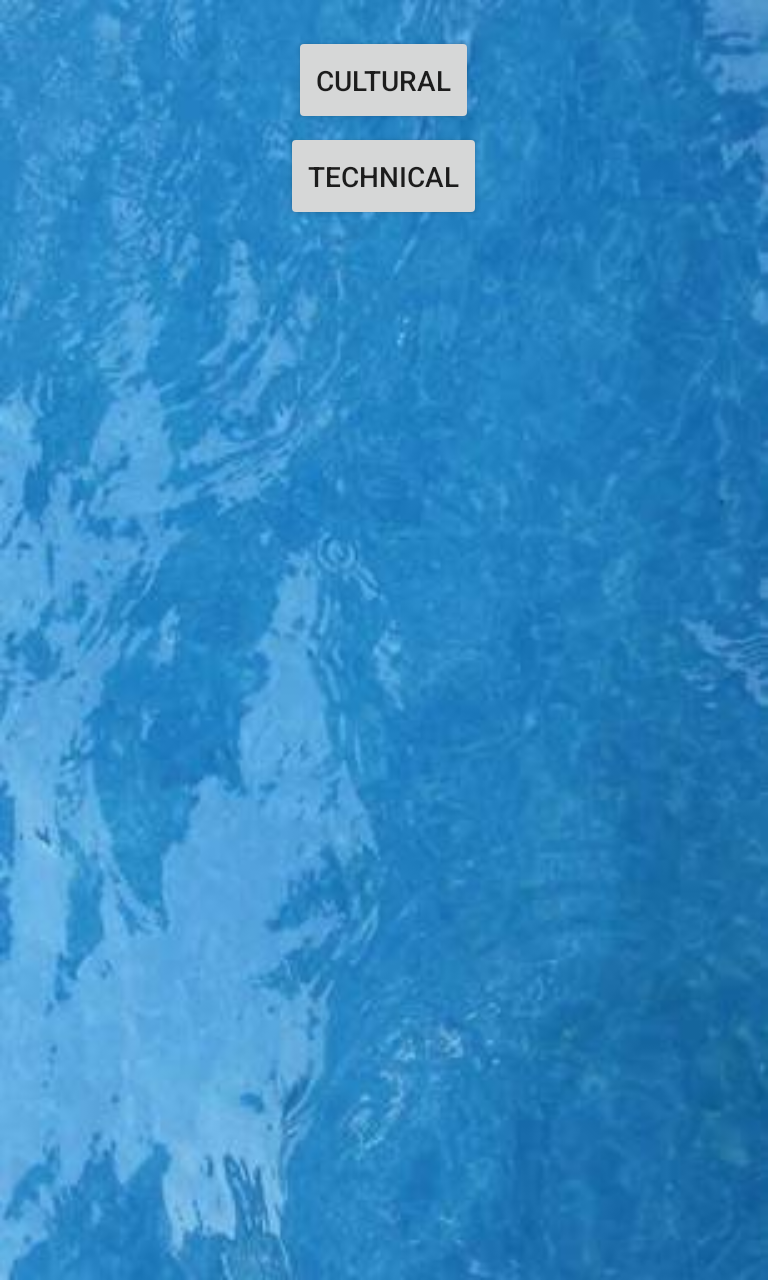
Repository: Attaphon1996/Engineering-Stuff
Layout: OSource/Android Play/Android_Projects/YASH15.0/res/layout/day6.xml
The author's editor kept a copy of each file at every save. The layout is drawn from the files as they stood at one save, then again after the next save.
It is drawn on a 768 x 1280 px phone screen (xhdpi) without system bars, with theme AppTheme; the app's code is not run.

Above is the layout before, as saved 2015-02-10 08:52:29.

After the next save:
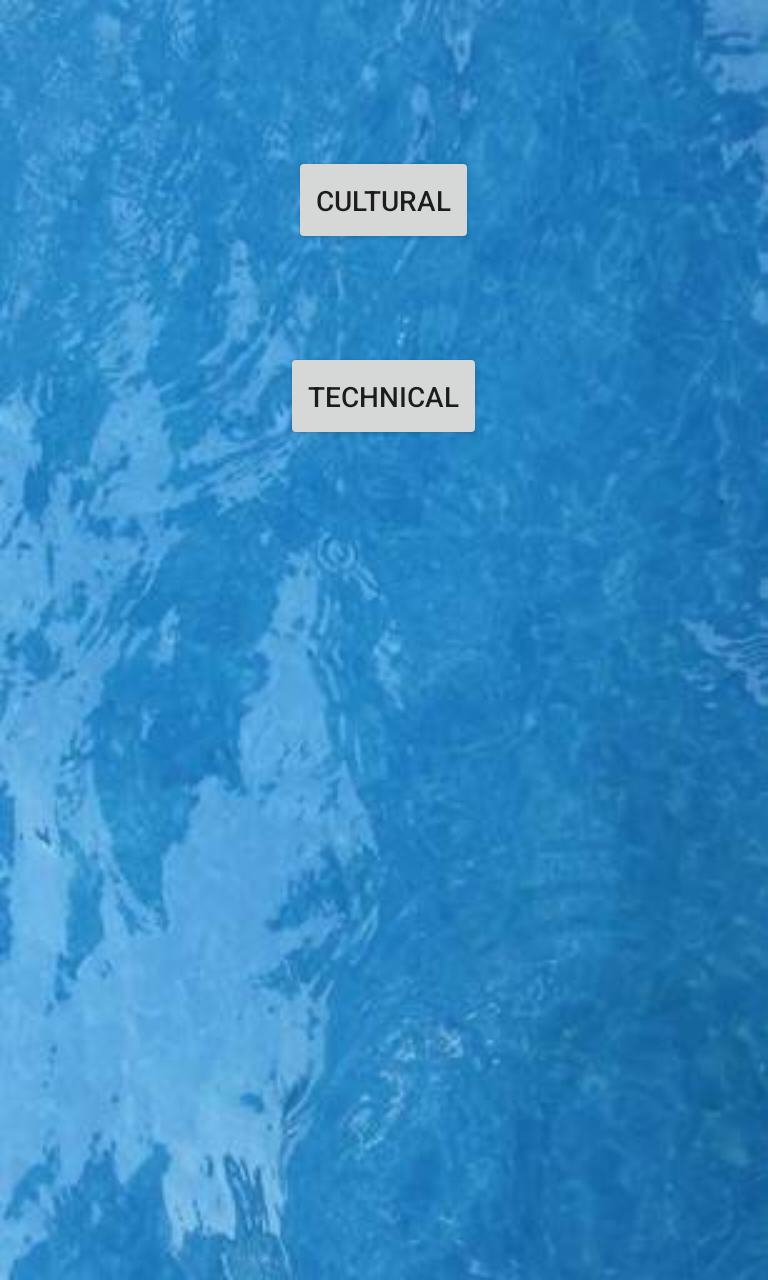
Saved 113 s later.
--- a/OSource/Android Play/Android_Projects/YASH15.0/res/layout/day6.xml
+++ b/OSource/Android Play/Android_Projects/YASH15.0/res/layout/day6.xml
@@ -14,13 +14,15 @@
         android:layout_width="wrap_content"
         android:layout_height="wrap_content"
         android:text="@string/cultural"
-        android:layout_gravity="center" />
+        android:layout_gravity="center"
+        android:layout_marginTop="60dp" />
 
     <Button
         android:id="@+id/day6_technical"
         android:layout_width="wrap_content"
         android:layout_height="wrap_content"
         android:text="@string/technical"
-        android:layout_gravity="center" />
+        android:layout_gravity="center"
+        android:layout_marginTop="50dp" />
 
 </LinearLayout>
